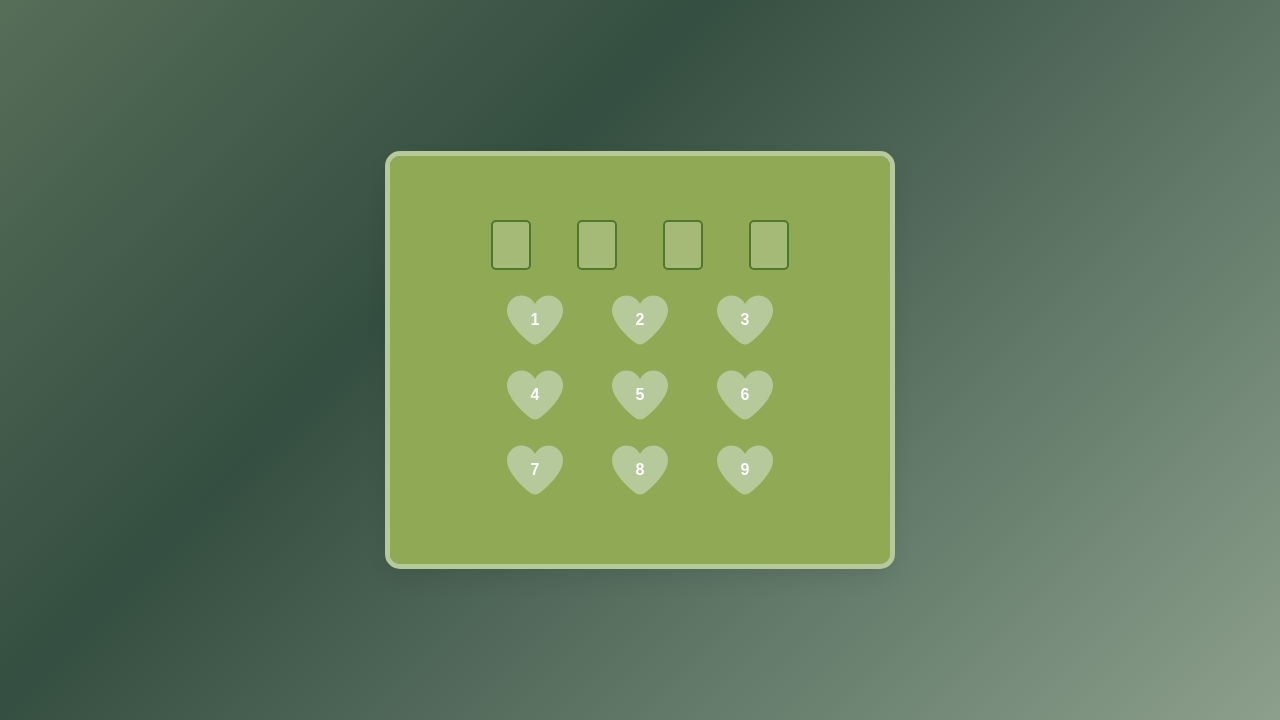
Repository: jahatesu/project-cutie
Page: index.html
An editor plug-in stored every save of this project. The page is shown before and after a run of saves, followed by the edit.
The browser window is 1280 px wide. The pictures show the whole page.
Some web libraries are served in a nearby version.

Above is the page before, as saved 2025-08-14 23:16:12.
Console error: TypeError: Cannot read properties of null (reading 'getBoundingClientRect')

After the next 2 saves:
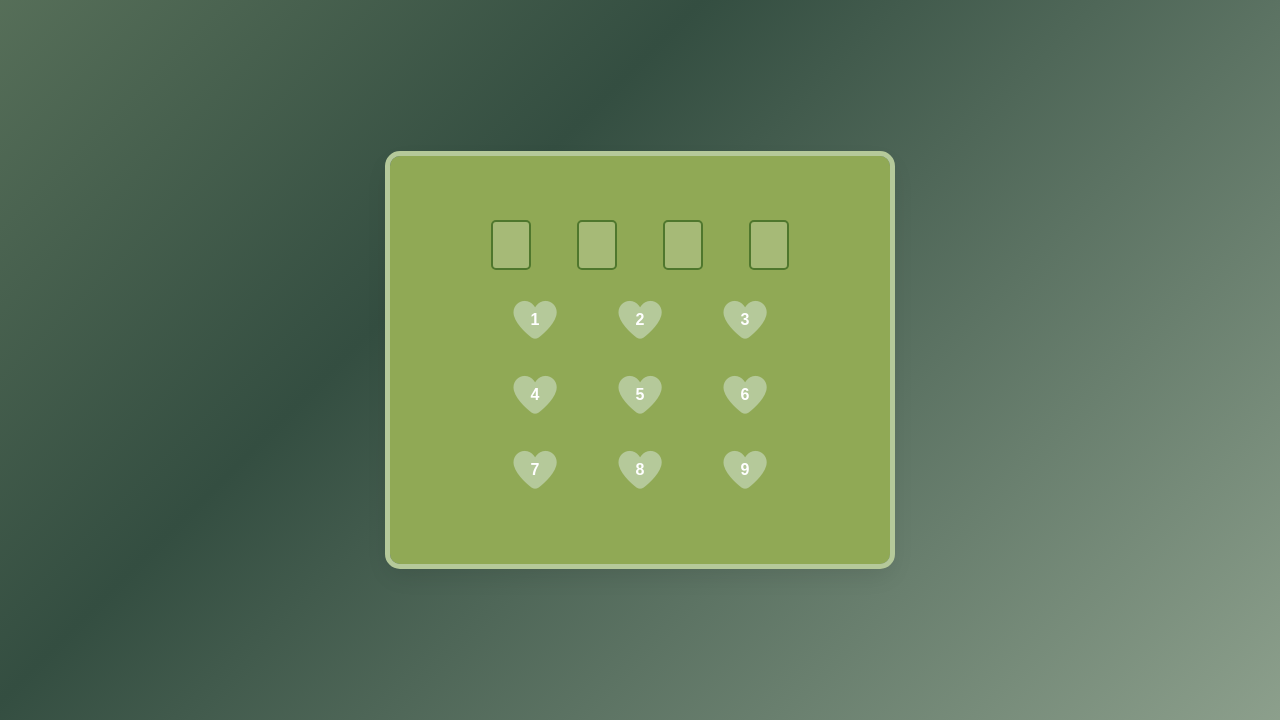
The 2 saves are shown as one change because they came seconds apart.
The last was saved 13 s later.
--- a/style.css
+++ b/style.css
@@ -101,7 +101,7 @@ body {
 
 .heart-pad i {
   position: absolute;      /* behind the number */
-  font-size: 3.5rem;         /* heart size */
+  font-size: 2.7rem;         /* heart size */
   color: #b5c99a;          /* heart color */
   z-index: 0;
 }
